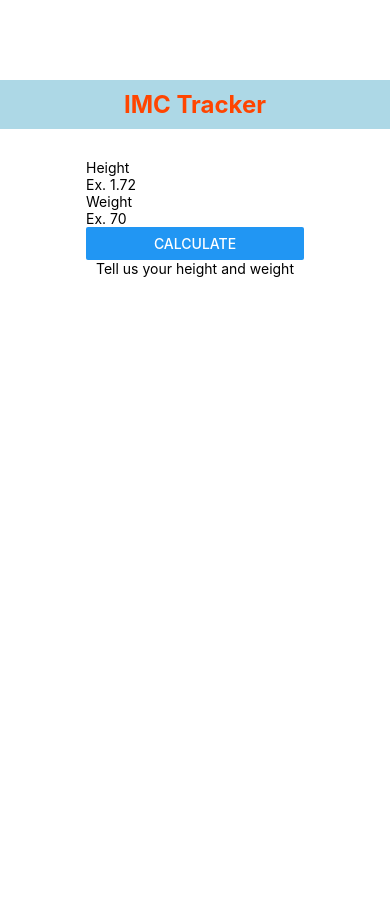
Repository: rubenmatias08/IMCTracker
Screen: /
The author's editor kept a copy of each file at every save. The screen is drawn from the files as they stood at one save, then again after the next save.
The app was drawn by React Native's web renderer in a window 390 px wide. The project was rebuilt for these pictures with package versions that can differ from the ones it lists, and the page was loaded fresh each time.

Above is the screen before, as saved 2024-03-10 17:28:55.

### App.js
import { StyleSheet, View } from 'react-native';
import Title from './src/components/Title';
import Form from './src/components/Form/index'

export default function App() {
  return (
    <View style={styles.container}>
      <Title/>
      <Form />
    </View>
  );
}

const styles = StyleSheet.create({
  container: {
    flex: 1,
    backgroundColor: 'f8f8ff',
    paddingTop: 80,

  },
});



/*
   alignItems: 'center',
    justifyContent: 'center',

*/

### src/components/Title/index.js
import React from "react";
import { View,Text } from "react-native"; //Componentes
import styles from "./style";

export default function Title(){
    return(
        <View style={styles.boxTitle}>
            <Text style={styles.textTitle}>IMC Tracker</Text>
        </View>
    )
}

//Para aplicar a estilização colocamos: style={nomedoficheiroimportado.propriedadeJSON}

### src/components/Form/index.js
import React , {useState} from "react";
import { TextInput, View, Text, Button } from "react-native";
import ResultIMC from "./ResultIMC";
import styles from "./style";


export default function Form(){

    const [height, setHeight] = useState(null); // Altura
    const [weight, setWeight] = useState(null); // Peso
    const [messageIMC, setmessageIMC] = useState("Tell us your height and weight"); // Mensagem que contem o resultado
    const [imc,setIMC] = useState(null); // valor do IMC
    const [textButton, setTextButton] = useState("Calculate"); //

    //Calcular o imc é altura x altura a dividir por peso
    //E vamos querer que nos retorne o resultado (toFixed) que é para vir com 2 casas decimais apenas.
    function CalculatorIMC(){
        return setIMC((weight / (height * height)).toFixed(2))
    }

    //Caso os valores tiverem sido preenchidos ele valida, caso contrário temos de avisar o usuário para preencher os dados de altura e peso.
    //Aqui com a condição é: Caso os valores de height e weight sejam diferentes de null, ou seja, estão preenchidos... Chama a função CalculatorIMC() que fará o calculo que depois nos dá o resultado.
    function ValidationIMC(){
        if(height != null && weight != null){
            CalculatorIMC() //Função do calculo
            setHeight(null) //Reset de height para que se faça depois um novo calculo
            setWeight(null) //Reset de weight para que se faça depois um novo calculo
            setmessageIMC("Your IMC is:") //Mensagem para apresentar o resultado
            setTextButton("Calculate again") //Botão com mensagem
            return //Depois de tudo isto... Retorna-nos.
        }
        setIMC(null) //caso o peso e altura sejam nulos, colocamos o imc como nulo também para que não haja resposta de possiveis calculos anteriores
        setTextButton("Calculate") //Para voltar a apresentar o texto original
        setmessageIMC("Tell us your height and weight") //Para voltar a apresentar o texto original

    }


    return(
        <View style={styles.formContent}>
            <View>
                <Text>Height</Text>
                <TextInput
                onChangeText={setHeight}
                value={height}
                placeholder="Ex. 1.72"
                keyboardType="numeric"
                />

                <Text>Weight</Text>
                <TextInput
                onChangeText={setWeight}
                value={weight}
                placeholder="Ex. 70"
                keyboardType="numeric"
                />

                <Button
                onPress={() => ValidationIMC()}
                title={textButton}/>

            </View>
            <ResultIMC messageResultImc={messageIMC} resultImc={imc}/>
        </View>
    )
}

//O keyboardType indica qual o tipo de teclado que ele vai abrir
//No <ResultIMC> leva duas props com propriedades dinamicas.

### src/components/Title/style.js
import { StyleSheet } from "react-native";

const styles = StyleSheet.create( {
    boxTitle: {
        alignItems: "center",
        justifyContent: "center",
        padding: 10,
        backgroundColor:"#ADD8E6"
    },
    textTitle: {
        color:"#FF4500",
        fontSize:24,
        fontWeight:"bold"
    }
});

export default styles;

### src/components/Form/ResultIMC/index.js
import React from "react";
import { View , Text } from "react-native";

export default function ResultIMC(props){
    return(
        <View>
            <Text>{props.messageResultImc}</Text>
            <Text>{props.resultImc}</Text>
        </View>
    )
}

//Neste componente vai ser mostrado o resultado do valor de IMC e uma mensagem com o valor desse IMC.

### src/components/Form/style.js
import { StyleSheet } from "react-native";

const styles = StyleSheet.create( {
    formContent: {
        width:"100%",
        height:"100%",
        bottom:0,
        backgroundColor:"#ffffff",
        alignItems:"center",
        marginTop:30,
    }
});

export default styles;

After the next save:
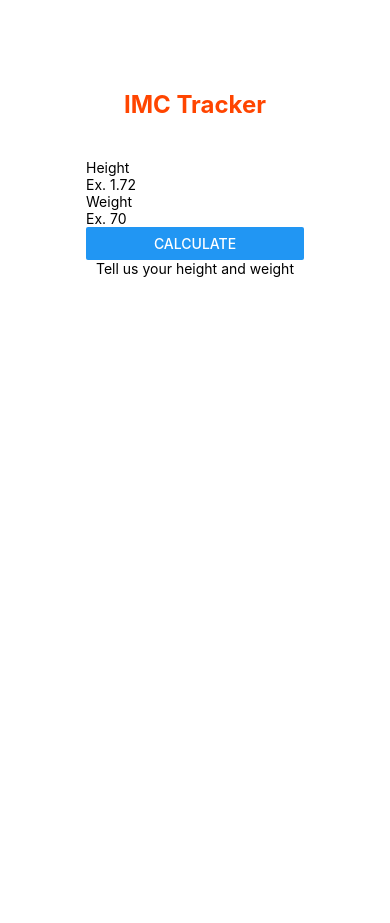
Saved 14 s later.
--- a/src/components/Title/style.js
+++ b/src/components/Title/style.js
@@ -5,7 +5,7 @@ const styles = StyleSheet.create( {
         alignItems: "center",
         justifyContent: "center",
         padding: 10,
-        backgroundColor:"#ADD8E6"
+
     },
     textTitle: {
         color:"#FF4500",
